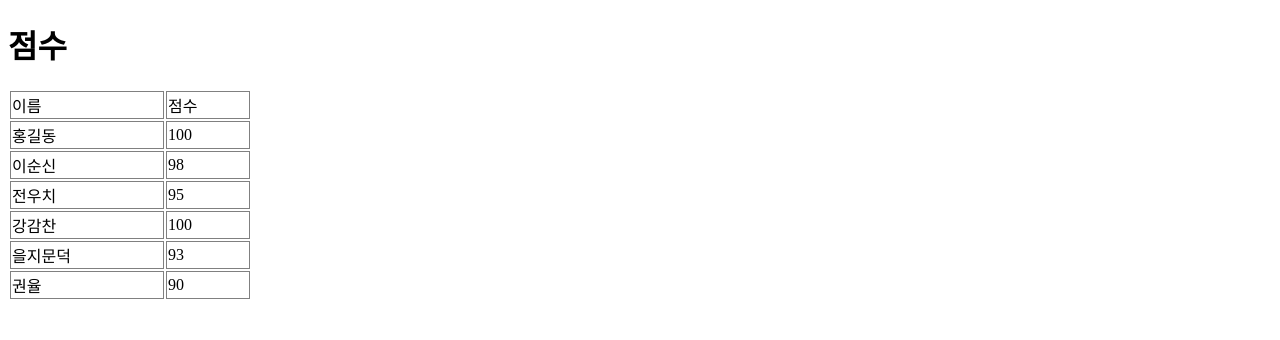
Repository: 5anniversary/JSPhw
Page: html1/WebContent/01/table4a.html
An editor plug-in stored every save of this project. The page is shown before and after the next save, followed by the edit.
The browser window is 1280 px wide. The pictures show the whole page.

Above is the page before, as saved 2020-04-11 09:39:36.

### html1/WebContent/01/table4a.html
<!DOCTYPE html>
<html>
<head>
<meta http-equiv="Content-Type" content="text/html; charset=utf-8">
<title>점수</title>
<style>
td {
	border: 1px solid gray;
}
</style>
</head>
<body>
	<h1>점수</h1>
	<table>
		<tr>
			<td style="width: 150px;">이름</td>
			<td style="width: 80px;">점수</td>
		</tr>
		<tr>
			<td>홍길동</td>
			<td>100</td>
		</tr>
		<tr>
			<td>이순신</td>
			<td>98</td>
		</tr>
		<tr>
			<td>전우치</td>
			<td>95</td>
		</tr>
		<tr>
			<td>강감찬</td>
			<td>100</td>
		</tr>
		<tr>
			<td>을지문덕</td>
			<td>93</td>
		</tr>
		<tr>
			<td>권율</td>
			<td>90</td>
		</tr>
	</table>
</body>
</html>

After the next save:
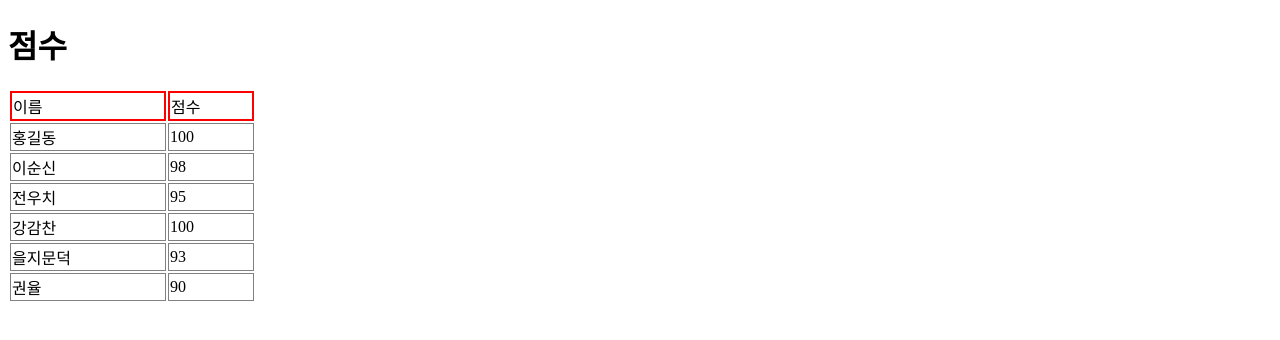
Saved 17 s later.
--- a/html1/WebContent/01/table4a.html
+++ b/html1/WebContent/01/table4a.html
@@ -13,8 +13,8 @@ td {
 	<h1>점수</h1>
 	<table>
 		<tr>
-			<td style="width: 150px;">이름</td>
-			<td style="width: 80px;">점수</td>
+			<td style="width: 150px; border: 2px solid red;">이름</td>
+			<td style="width: 80px; border: 2px solid red;">점수</td>
 		</tr>
 		<tr>
 			<td>홍길동</td>
